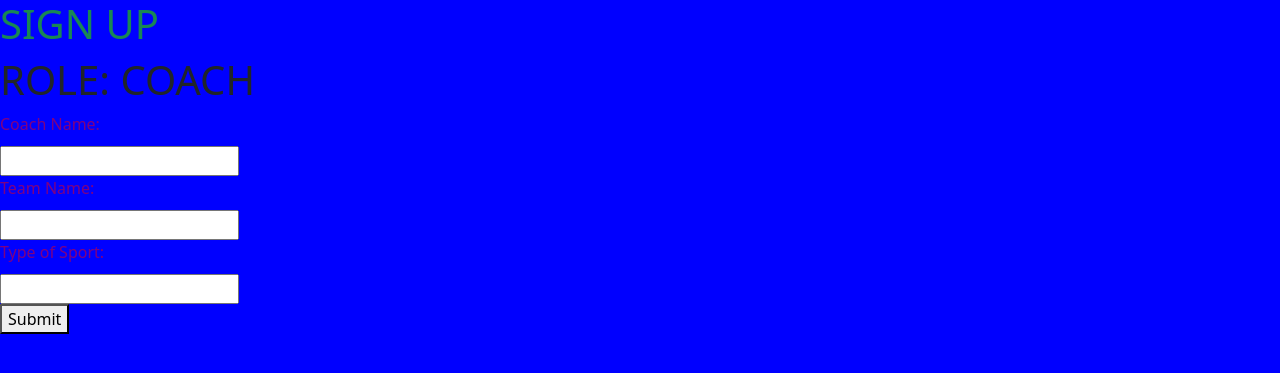
Repository: Aryaholmukhe/treasureHacks
Page: http://localhost/coach
These files come from the project's save history. The page is drawn as it stood at one moment and after the next save; the edit follows.
The browser window is 1280 px wide. The pictures show the whole page.
The page is served by the project's Node server (server.js).

Above is the page before, as saved 2022-03-26 19:33:28.
Console error: SyntaxError: Unexpected token '<'

### views/signup/coach.ejs
<html lang="en">

<head>
    <meta charset="UTF-8">
    <meta http-equiv="X-UA-Compatible" content="IE=edge">
    <meta name="viewport" content="width=device-width, initial-scale=1.0">

    <link href="https://cdn.jsdelivr.net/npm/bootstrap@5.1.3/dist/css/bootstrap.min.css" rel="stylesheet">
    <script src="https://cdn.jsdelivr.net/npm/bootstrap@5.1.3/dist/js/bootstrap.bundle.min.js"></script>
    <link rel="stylesheet" href="../views/public/main.css">

    <title>COACH SIGN UP</title>
</head>

<body>
    <div class="header" style="color: #D4A373">
        <h1 class="text-success">SIGN UP</h1>
    </div>

    <h1 class="role">ROLE: COACH</h1>

    <form action="/coach" method="post">

        <label class="label" for="coachName">Coach Name: </label>
        <input class="input" type="text" name="coachName">
<br>
        <label class="label" for="teamName">Team Name: </label>
        <input class="input" type="text" name="teamName">
<br>
        <label class="label" for="sportType">Type of Sport: </label>
        <input class="input" type="text" name="sportType">
<br>


            <button type="submit" class="add">Submit</button>
        </div>
    </form>
    </div>


    <script src="./coach.js"></script>

</html>

### server.js
//jshint esversion:6

const express = require("express");
const bodyParser = require("body-parser");
const mongoose = require("mongoose");
const _ = require("lodash");
const { join } = require("path");
require("dotenv").config();
const app = express();

// TWILIO STUFF

const accountSID = process.env.ACCOUNT_SID;
const authToken = process.env.AUTH_TOKEN;

const client = require('twilio')(accountSID, authToken);


app.set('view engine', 'ejs');

app.use(bodyParser.urlencoded({ extended: true }));
app.use(express.static("public"));

app.get("/auth_config.json", (req, res) => {
    res.sendFile(join(__dirname, "/auth_config.json"));
})

// for each team member
mongoose.connect("mongodb://localhost:27017/teamMembersDB", { useNewUrlParser: true });

const membersSchema = new mongoose.Schema({
    name: String,
    role: String,
    age: Number,
    email: String,
    phone: String,
    progress: []
});

let members = [];

const Member = mongoose.model("Member", membersSchema);

// to identify teams
const teamSchema = new mongoose.Schema({
    coachName: String,
    team: [{name: String}, {sport: String}]
})

const Team = mongoose.model("Team", teamSchema);

// When no members are present
const noMember = new Member({
    name: "No members yet"
})


// get requests

app.get("/signup", (req, res)=>{
    res.render("signup/signup")
})
let person = "";
app.get("/coach", (req, res)=>{
    person = "Coach"
    res.render("signup/coach");
})

app.get("/player", (req, res)=> {
    person = "Team Member"
  res.render("signup/player")
})

app.get("/", (req, res) => {
    Member.find({}, function (err, foundMembers) {

        if (foundMembers.length === 0) {
            members.push(noMember)
            Member.insertMany(members, function (err) {
                if (err) {
                    console.log(err);
                } else {
                    console.log("Successfully saved members to DB.");
                }
            });
            // res.redirect("/");
        } else {
            Member.deleteOne({"name": "No members yet"},  (err, person)=>{
                if(err) return handleError(err);
            })
            res.render('index', { allMembers: foundMembers, person: person })
        }
    });
})

app.get("/:personName", function(req, res){
    const personName = _.capitalize(req.params.personName);
    Member.find({})
    res.render("account", {personName: personName} );
    });


// post requests

app.post("/", (req, res) => {

    const playerName = req.body.newPlayer;
    const role = req.body.newRole;
    const listName = req.body.list;
    const player = new Member({
        name: playerName,
        role: role
    })
    player.save();
    res.redirect("/")
})

app.post("/delete", function (req, res){
    const removedPlayer = req.body.checkbox;

        Member.findByIdAndRemove(removedPlayer, function(err){
            if (!err) {
              console.log("Successfully deleted player.");
              res.redirect("/");
            }else{console.log(err)}
          });

})

app.post("/coach", (req, res)=>{
    const coachName = req.body.coachName;
    const teamName = req.body.teamName;
    const sportType = req.body.sportType;
    teams = new Team({
        coachName: coachName,
        team: [{name: teamName, sport: sportType}]
    })
    res.redirect("/")
})

app.post("/announcements", (req, res)=>{
    const message = req.body.message;
    members.forEach(member => {
     client.messages.create({
        to: member.phone,
        from: process.env.TWILIO_PHONE_NUMBER, //is this going to be dynamic?
        body: message
    })
    .then((message) =>
    {console.log(message.sid)
        res.redirect("/")});
    })
})

app.listen(3000, function () {
    console.log("Server started on port 3000");
});

### views/account.ejs
<!DOCTYPE html>
<html lang="en">
<head>
    <meta charset="UTF-8">
    <meta http-equiv="X-UA-Compatible" content="IE=edge">
    <meta name="viewport" content="width=device-width, initial-scale=1.0">
    <title><%=personName%></title>
</head>
<body>

</body>
</html>

### views/public/main.css
.hidden {
    display: none;
  }

  label {
    margin-bottom: 10px;
    display: block;
    color: purple;
  }
  body{
    background-color:blue;
  }

After the next save:
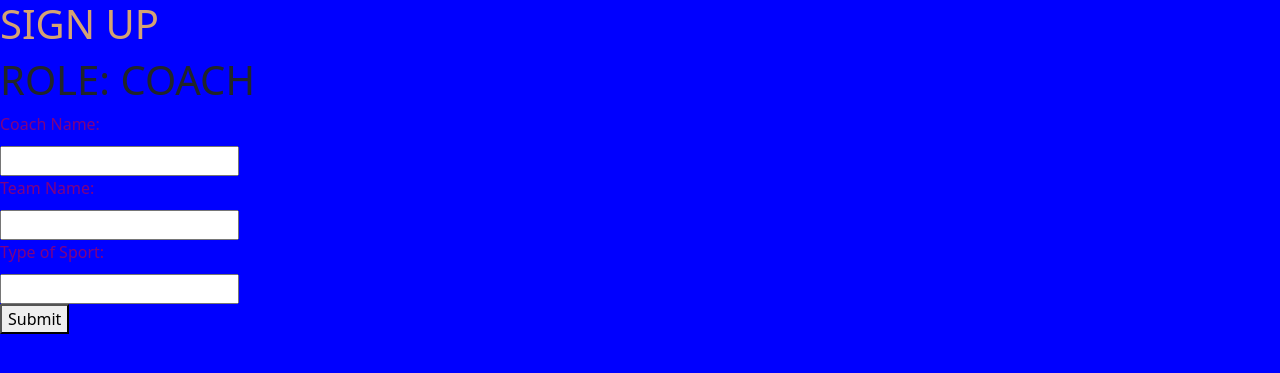
Saved 12 s later.
--- a/views/signup/coach.ejs
+++ b/views/signup/coach.ejs
@@ -14,7 +14,7 @@
 
 <body>
     <div class="header" style="color: #D4A373">
-        <h1 class="text-success">SIGN UP</h1>
+        <h1 >SIGN UP</h1>
     </div>
 
     <h1 class="role">ROLE: COACH</h1>
